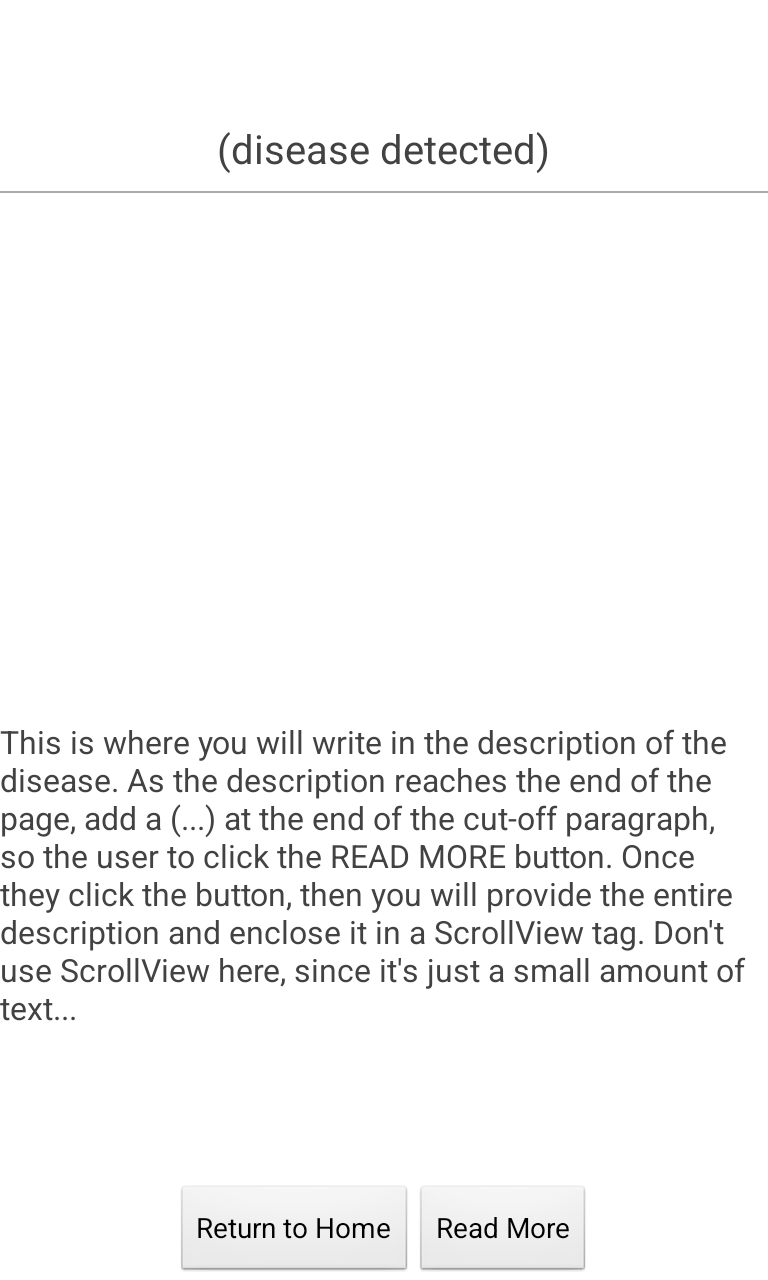
Repository: justnaelin/PhytoSenseIt-app
Layout: PhytoSenseIt/res/layout/activity_results.xml
An editor plug-in stored every save of this project. The layout is shown before and after the next save, followed by the edit.
It is drawn on a 768 x 1280 px phone screen (xhdpi) without system bars, with theme android:Theme.NoTitleBar.Fullscreen; the app's code is not run.

Above is the layout before, as saved 2015-07-29 18:57:02.

### PhytoSenseIt/res/layout/activity_results.xml
<LinearLayout xmlns:android="http://schemas.android.com/apk/res/android"
    xmlns:tools="http://schemas.android.com/tools"
    android:layout_width="match_parent"
    android:layout_height="match_parent"
    android:background="#FFFFFF"
    android:orientation="vertical" >

    <TextView
        android:id="@+id/header_text"
        android:layout_width="wrap_content"
        android:layout_height="wrap_content"
        android:layout_gravity="center_horizontal"
        android:textColor="#212121"
        android:textSize="45sp" />

    <TextView
        android:layout_width="wrap_content"
        android:layout_height="wrap_content"
        android:layout_gravity="center_horizontal"
        android:paddingBottom="8dp"
        android:text="(disease detected)"
        android:textColor="#424242"
        android:textSize="20sp" />

    <!-- Line underneath headline -->

    <View
        android:layout_width="match_parent"
        android:layout_height="1dp"
        android:background="@android:color/darker_gray" />

    <!--
         Change as needed. This is just a placeholder so you
            can see what the layout will look like.
    -->

    <ImageView
        android:id="@+id/results_image"
        android:layout_width="wrap_content"
        android:layout_height="0dp"
        android:layout_margin="16dp"
        android:layout_weight="1" />

    <TextView
        android:id="@+id/description"
        android:layout_width="match_parent"
        android:layout_height="0dp"
        android:layout_weight="1"
        android:text="This is where you will write in the description of the disease. As the description reaches the end of the page, add a (...) at the end of the cut-off paragraph, so the user to click the READ MORE button. Once they click the button, then you will provide the entire description and enclose it in a ScrollView tag. Don&apos;t use ScrollView here, since it&apos;s just a small amount of text..."
        android:textColor="#424242"
        android:textSize="16sp" />

    <LinearLayout
        android:layout_width="match_parent"
        android:layout_height="wrap_content"
        android:layout_below="@+id/description"
        android:gravity="center_horizontal"
         >

        <Button
            android:id="@+id/return_home"
            android:layout_width="wrap_content"
            android:layout_height="wrap_content"
            android:text="Return to Home" />

        <Button
            android:id="@+id/read_more"
            android:layout_width="wrap_content"
            android:layout_height="wrap_content"
            android:text="Read More" />
    </LinearLayout>

</LinearLayout>

After the next save:
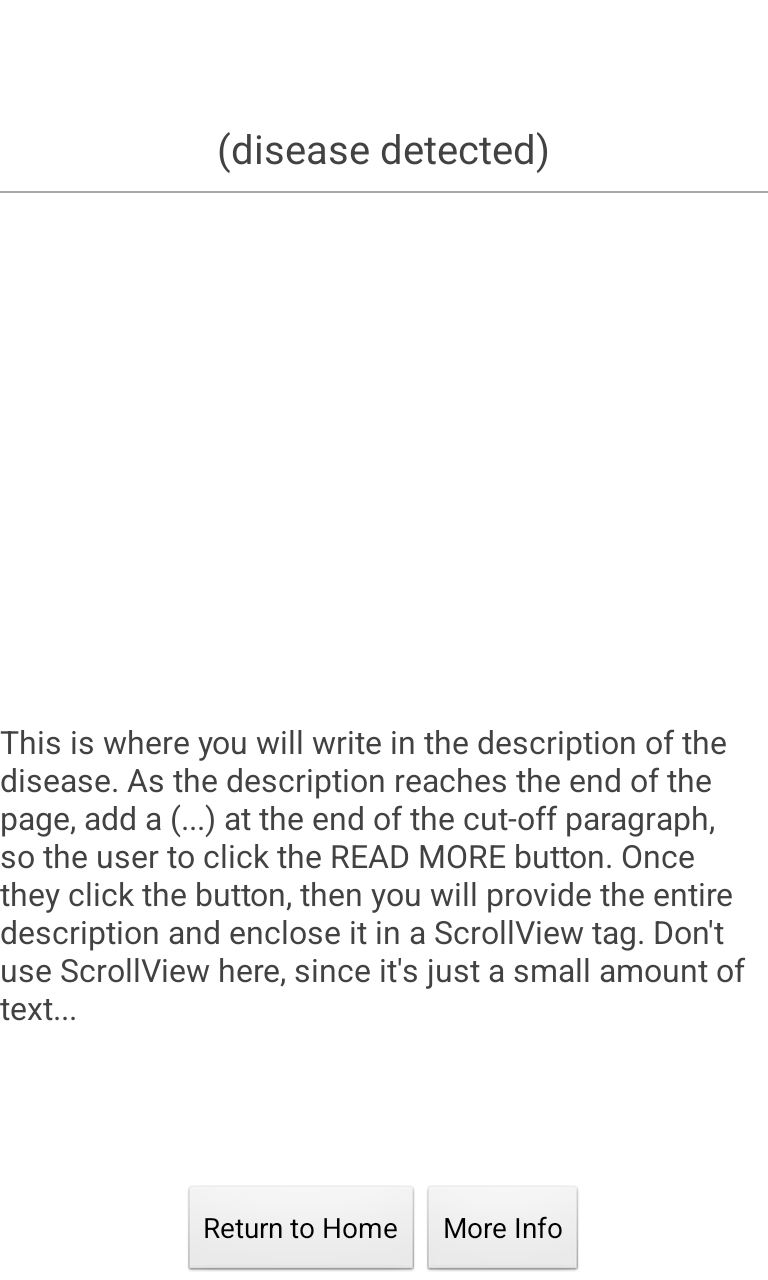
Saved 3 min 26 s later.
--- a/PhytoSenseIt/res/layout/activity_results.xml
+++ b/PhytoSenseIt/res/layout/activity_results.xml
@@ -67,7 +67,7 @@
             android:id="@+id/read_more"
             android:layout_width="wrap_content"
             android:layout_height="wrap_content"
-            android:text="Read More" />
+            android:text="More Info" />
     </LinearLayout>
 
 </LinearLayout>
